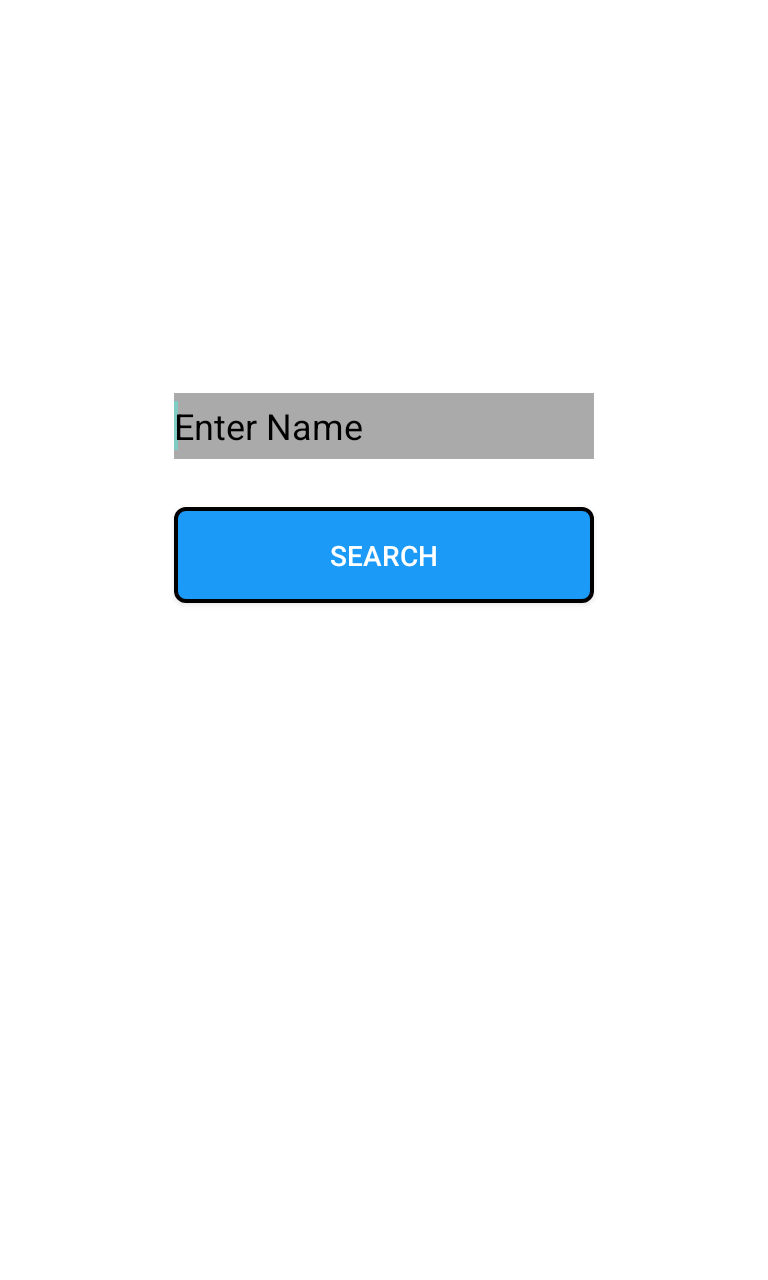
Repository: Team-7/prototype.6
Layout: workspace/Hope World Wide/res/layout/select.xml
An editor plug-in stored every save of this project. The layout is shown before and after the next save, followed by the edit.
It is drawn on a 768 x 1280 px phone screen (xhdpi) without system bars, with theme AppTheme; the app's code is not run.

Above is the layout before, as saved 2014-05-29 11:45:36.

After the next save:
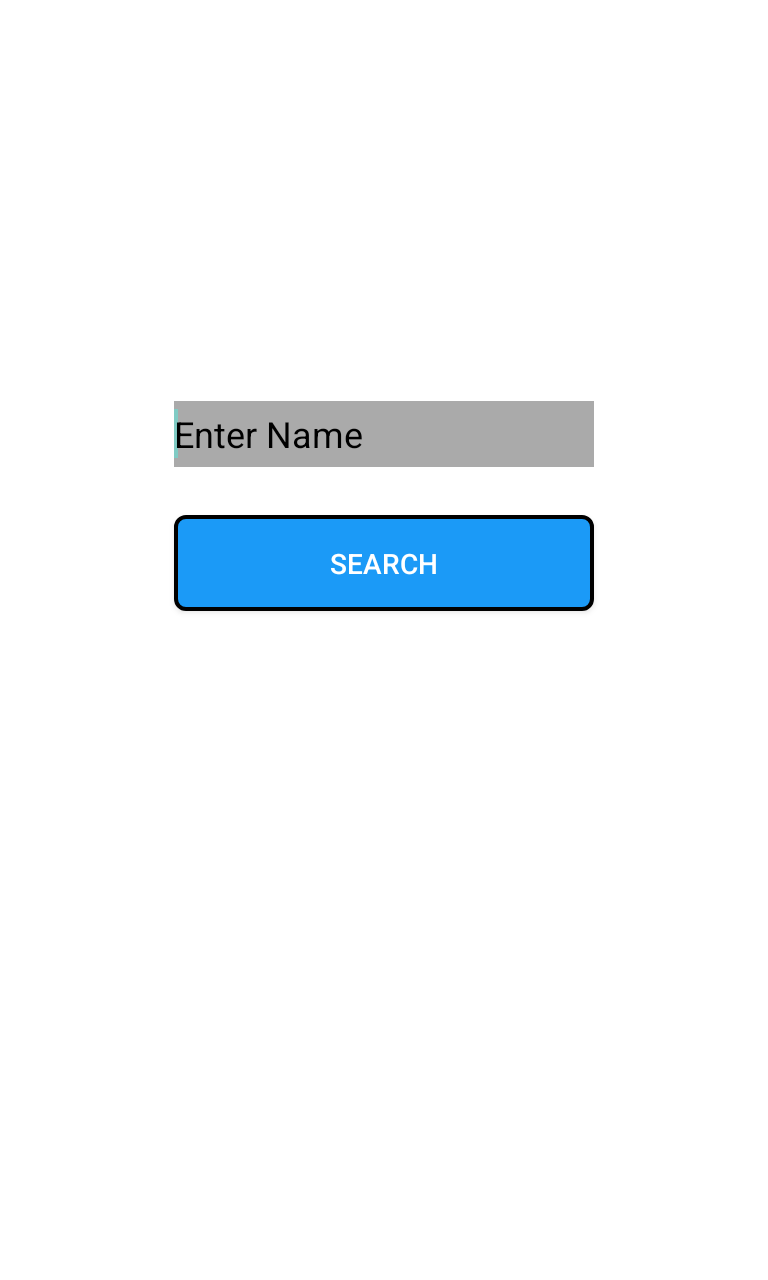
Saved 28 s later.
--- a/workspace/Hope World Wide/res/layout/select.xml
+++ b/workspace/Hope World Wide/res/layout/select.xml
@@ -15,6 +15,7 @@
         android:layout_marginTop="60dp"
         android:text="@string/ecd1"
         android:textAppearance="?android:attr/textAppearanceLarge"
+        android:textSize="25sp"
         style="@style/Text.Strong.Blurry"/>
 
     <Button
